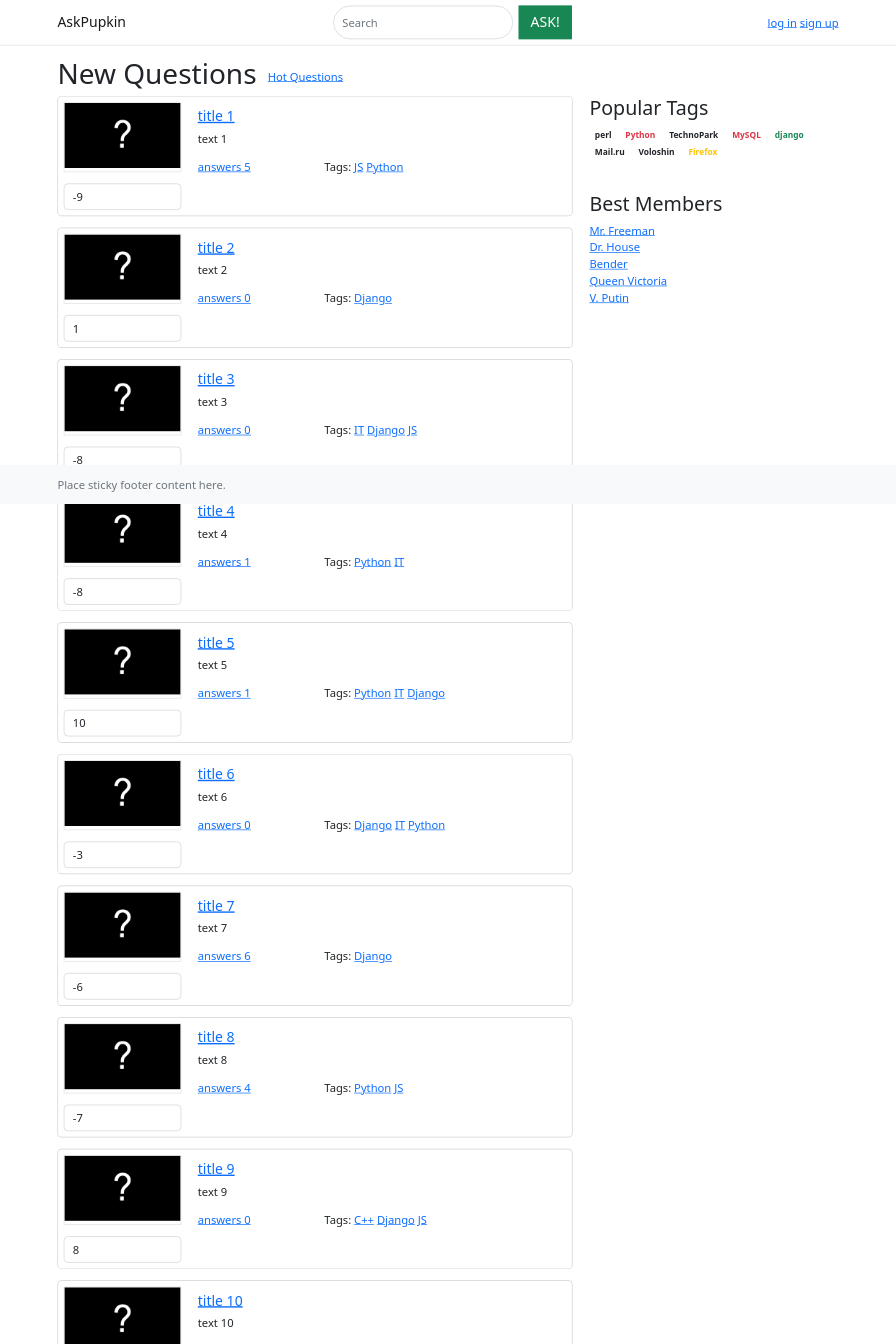
Repository: MiniDan21/askme_molchanov_django
Page: http://localhost/
An editor plug-in stored every save of this project. The page is shown before and after the next save, followed by the edit.
The browser window is 1280 px wide. The pictures show the part of the page from y = 0 to 1920 px (the page is 5643 px tall), at 70% of full size.
The page is served by the project's application, run on Django 5.2 (manage.py).

Above is the page before, as saved 2024-04-09 17:01:14.

After the next save:
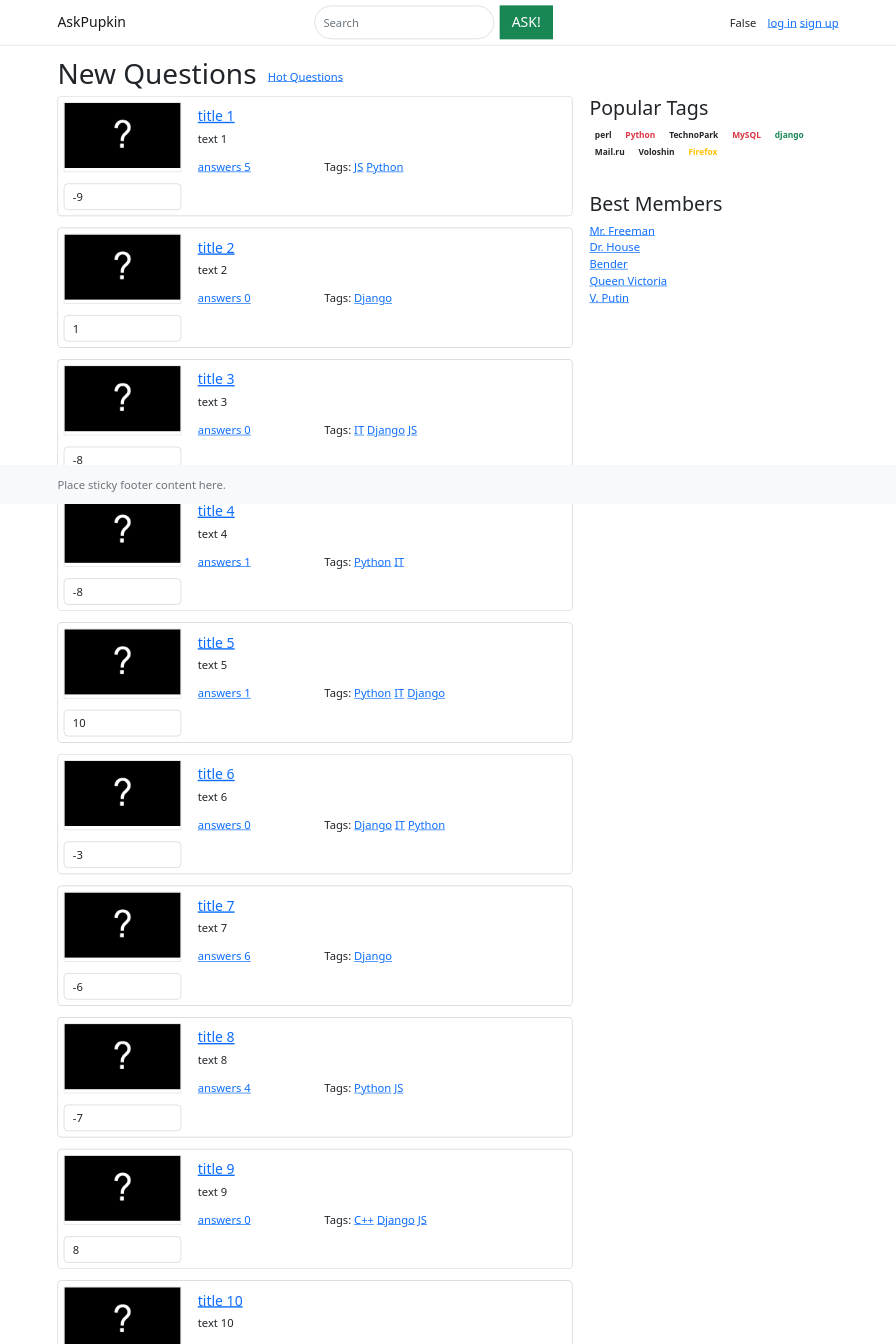
Saved 40 s later.
--- a/templates/layouts/loged_in.html
+++ b/templates/layouts/loged_in.html
@@ -1,3 +1,4 @@
+{{user}}
 {% if user.auth %}
 <div class="border">
   <img

After the save that followed:
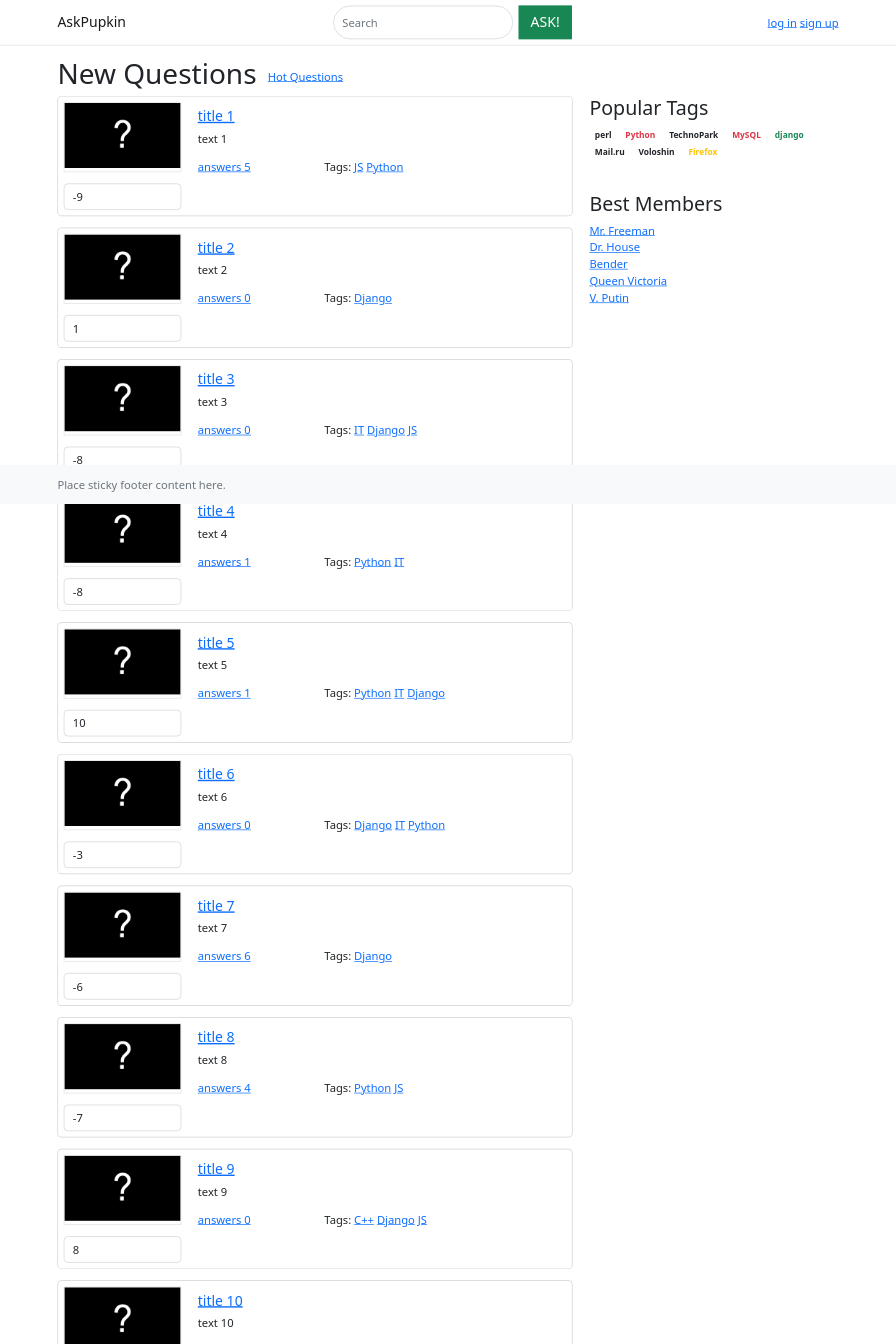
Saved 15 s later.
--- a/templates/layouts/loged_in.html
+++ b/templates/layouts/loged_in.html
@@ -1,5 +1,4 @@
-{{user}}
-{% if user.auth %}
+{% if user %}
 <div class="border">
   <img
     src="../static/img/alter_avatar.jpg"
